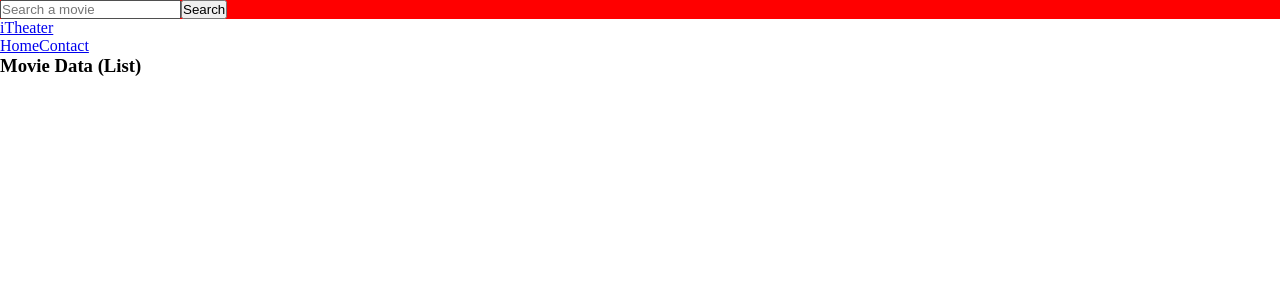
Repository: just-mann/itheater
Page: /
These files come from the project's save history. The page is drawn as it stood at one moment and after the next save; the edit follows.
The browser window is 1280 px wide. The pictures show the whole page.
The page's requests for data from a server got no answer. The project was rebuilt for these pictures with package versions that can differ from the ones it lists, and the page was loaded fresh each time. No one was signed in, and anything a server would have sent is missing. Also part of the build but not shown: src/components/Contact.js, src/components/MovieDetail.js.

Above is the page before, as saved 2021-07-16 03:11:35.

### public/index.html
<!DOCTYPE html>
<html lang="en">
  <head>
    <meta charset="utf-8" />
    <link rel="icon" href="%PUBLIC_URL%/favicon.ico" />
    <meta name="viewport" content="width=device-width, initial-scale=1" />
    <meta name="theme-color" content="#000000" />
    <meta
      name="description"
      content="Web site created using create-react-app"
    />
    <link rel="apple-touch-icon" href="%PUBLIC_URL%/logo192.png" />
    <!--
      manifest.json provides metadata used when your web app is installed on a
      user's mobile device or desktop. See https://developers.google.com/web/fundamentals/web-app-manifest/
    -->
    <link rel="manifest" href="%PUBLIC_URL%/manifest.json" />
    <!--
      Notice the use of %PUBLIC_URL% in the tags above.
      It will be replaced with the URL of the `public` folder during the build.
      Only files inside the `public` folder can be referenced from the HTML.

      Unlike "/favicon.ico" or "favicon.ico", "%PUBLIC_URL%/favicon.ico" will
      work correctly both with client-side routing and a non-root public URL.
      Learn how to configure a non-root public URL by running `npm run build`.
    -->
    <title>iTheater | Learn More About Your Favorite Movies / TV Shows</title>
  </head>
  <body>
    <noscript>You need to enable JavaScript to run this app.</noscript>
    <div id="root"></div>
    <!--
      This HTML file is a template.
      If you open it directly in the browser, you will see an empty page.

      You can add webfonts, meta tags, or analytics to this file.
      The build step will place the bundled scripts into the <body> tag.

      To begin the development, run `npm start` or `yarn start`.
      To create a production bundle, use `npm run build` or `yarn build`.
    -->
  </body>
</html>

### src/index.js
import React from 'react';
import ReactDOM from 'react-dom';
import './styles/style.css';
import App from './App';
import reportWebVitals from './reportWebVitals';

ReactDOM.render(
  <React.StrictMode>
    <App />
  </React.StrictMode>,
  document.getElementById('root')
);

// If you want to start measuring performance in your app, pass a function
// to log results (for example: reportWebVitals(console.log))
// or send to an analytics endpoint. Learn more: https://bit.ly/CRA-vitals
reportWebVitals();

### src/styles/style.css
* {
  padding: 0;
  margin: 0;
  box-sizing: border-box;
}

html {
  scroll-behavior: smooth;
}

.Header {
  background: red;
  width: 100%;
}/*# sourceMappingURL=style_20210716025908.css.map */

### src/App.js
import React from 'react';
import MovieContextProvider from './contexts/MovieContext';
import {BrowserRouter as Router, Switch, Route} from 'react-router-dom';
import Contact from './components/Contact';
import MovieDetail from './components/MovieDetail';
import ShowList from './components/ShowList';

const App = () => {
  return (
    <div className="App">
        <MovieContextProvider>
        <Router>
          <Switch>
            <Route exact path='/'>
              <ShowList />
            </Route>
            <Route exact path='/contact'>
              <Contact />
            </Route>
            <Route exact path='/:id'>
              <MovieDetail />
            </Route>
          </Switch>
        </Router>
        </MovieContextProvider>
    </div>
  );
}

export default App;

### src/contexts/MovieContext.js
import React, {useState, useEffect, createContext} from 'react';

export const movieContext = createContext();

const MovieContextProvider = (props) => {

    const [movie, setMovie] = useState('Smooth');

    // Data to be displayed...
    const [data, setData] = useState([])

    // Function to enter movie or show name
    const EnterShow = (show) => {
        setMovie(show);
    }

    useEffect(() => {
        fetch(`http://www.omdbapi.com/?s=${movie}&apikey=2c0bfe2d`)
            .then(res => res.json())
            .then(data => {
                setData(data.Search)
                console.log(data.Search)
            })
            .catch(err => console.log(err))
    }, [movie])

    return (
        <movieContext.Provider value={{movie, data, EnterShow}}>
            {data && props.children}
        </movieContext.Provider>
    )
}

export default MovieContextProvider;

### src/components/ShowList.js
import React, {useContext} from 'react';
import { movieContext } from '../contexts/MovieContext';
import Header from './Header';
import SideNav from './SideNav';


const ShowList = () => {

    const {data} = useContext(movieContext);

    // const [myData, setMyData] = useState({});

    return (
        <div className="ShowList">
            <Header />
            <SideNav />
            <h3>Movie Data (List)</h3>
            <div>
                {data.map(myData => {
                    return(
                        <div key={myData.imdbID} className="showCard">
                            <img src={myData.Poster} alt={myData.Title} />
                            <div>
                                <h3>{myData.Title}</h3>
                            </div>
                        </div>
                    )
                })}
            </div>
        </div>
    )
}

export default ShowList;

### src/components/Header.js
import React from 'react';
// import {Link} from 'react-router-dom';
import Search from './Search';

const Header = () => {
    return (
        <div className="Header">
            <Search />
            <div className="currTime"></div>
        </div>
    )
}

export default Header;

### src/components/SideNav.js
import React from 'react';
import {Link} from 'react-router-dom';

const SideNav = () => {
    return (
        <div className="SideNav">
            <Link className="my_Logo" to='/'>iTheater</Link>
            <div className="links">
                <Link to='/'>Home</Link>
                <Link to="/contact">Contact</Link>
            </div>
        </div>
    )
}

export default SideNav;

### src/components/Search.js
import React, {useState, useContext} from 'react';
import { useHistory } from 'react-router';
import {movieContext} from '../contexts/MovieContext';

const Search = () => {

    const history = useHistory();

    const {EnterShow} = useContext(movieContext)

    const [newSearch, setNewSearch] = useState('');

    const handleChange = (e) => {
        setNewSearch(e.target.value);
    }

    // const reDirect = () => {
    //     let path = '/';
    //     let history = useHistory();
    //     history.push(path);
    // }

    const handleSubmit = (e) => {
        e.preventDefault();
        EnterShow(newSearch);
        setNewSearch('');
        history.push('/')
    }

    return (
        <div className="Search">
            <form onSubmit={handleSubmit}>
                <input type='search' value={newSearch} placeholder='Search a movie' onChange={handleChange}/>
                <button>Search</button>
            </form>
        </div>
    )
}

export default Search;

Loaded but not shown: src/reportWebVitals.js (common file)

After the next save:
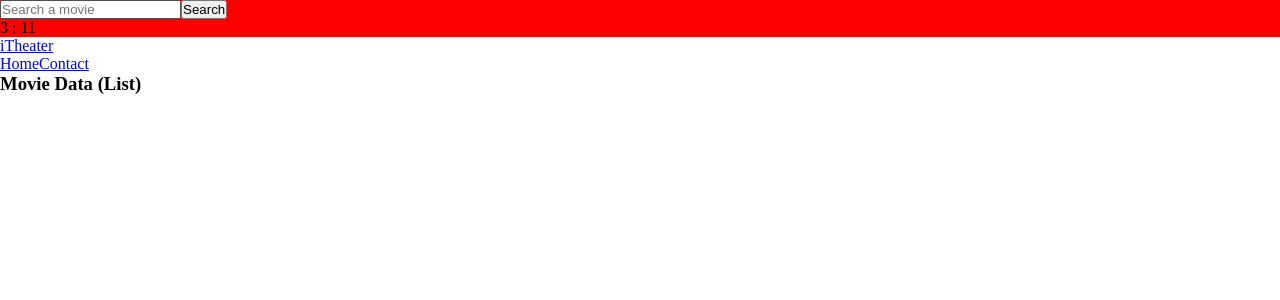
Saved 15 s later.
--- a/src/components/Header.js
+++ b/src/components/Header.js
@@ -6,7 +6,7 @@ const Header = () => {
     return (
         <div className="Header">
             <Search />
-            <div className="currTime"></div>
+            <div className="currTime">3 : 11</div>
         </div>
     )
 }
